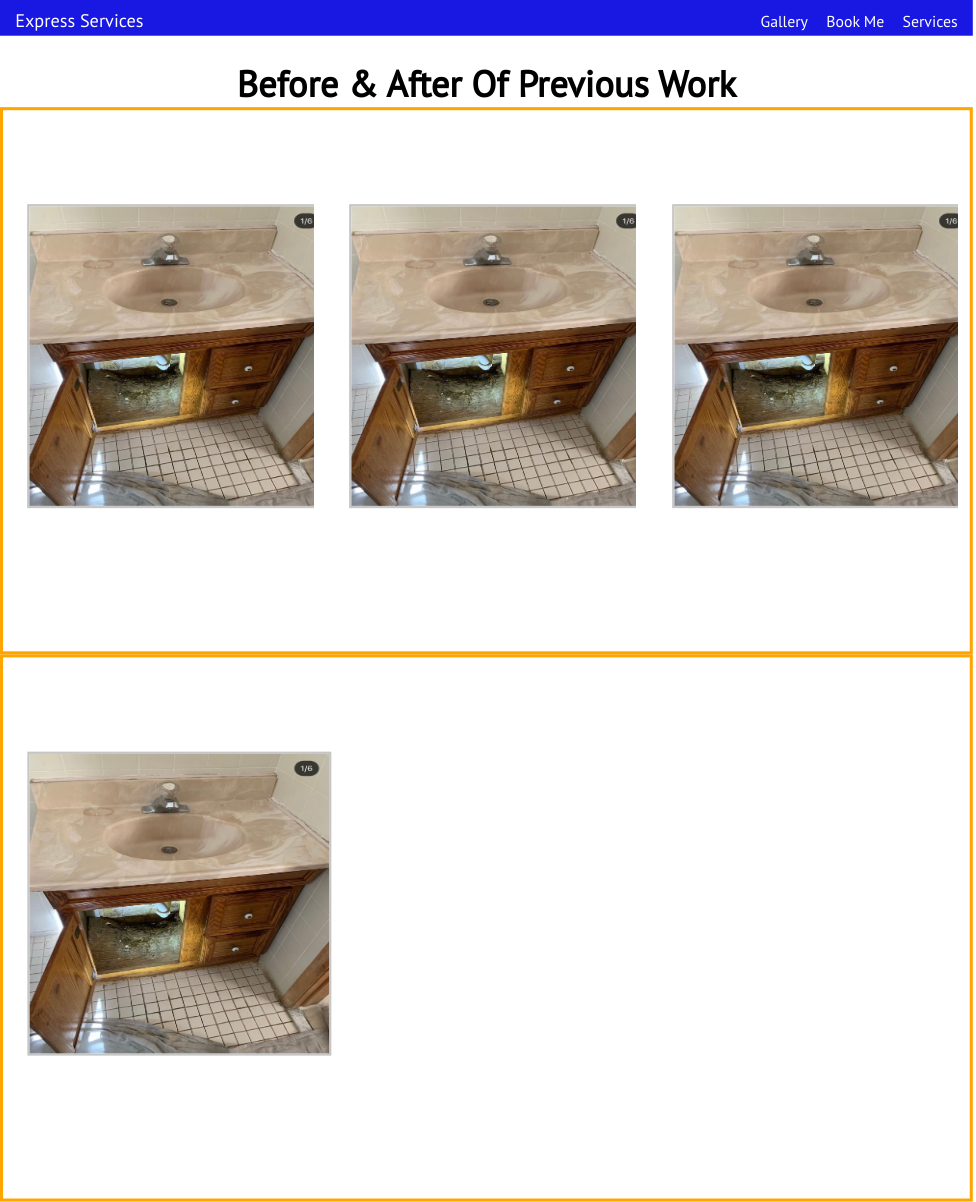
Repository: DrummerDee/mir-miami
Page: /Gallery (app in mr-miami/)
An editor plug-in stored every save of this project. The page is shown before and after the next save, followed by the edit.
The browser window is 1280 px wide. The page is 1284 px wide, then 1280 px, then 1284 px, so the pictures cover 1284 px, including what lies to the right of the window. The pictures show the whole page, at 76% of full size.
The project was rebuilt for these pictures with package versions that can differ from the ones it lists, and the page was loaded fresh each time. Also part of the build but not shown: mr-miami/src/Styles/Services.css, mr-miami/src/Components/Services.js, mr-miami/src/Components/Homepage.js, mr-miami/src/Styles/Calendar.css, mr-miami/src/Styles/Times.css, mr-miami/src/Components/Times.js, mr-miami/src/Components/Time.js, mr-miami/src/Components/BookMe.js.

Above is the page before, as saved 2022-09-09 13:44:03.

After the next save:
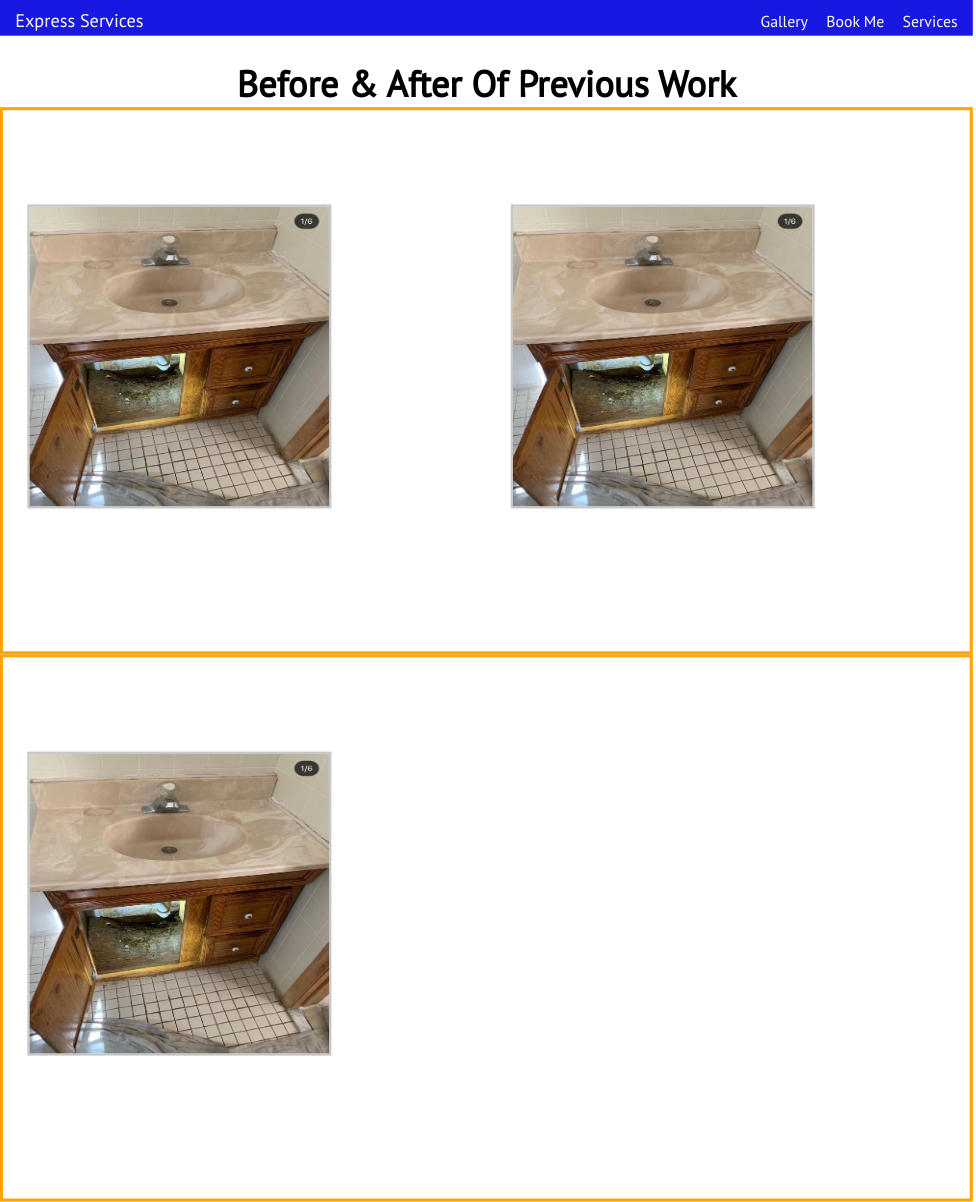
Saved 48 s later.
--- a/mr-miami/src/Components/Gallery.js
+++ b/mr-miami/src/Components/Gallery.js
@@ -35,78 +35,7 @@
                                 className="bottom"
                             />
                         </div>
-                        <div className='frame'>
-                            {/* <LazyLoadImage
-                                src={doorbefore}
-                                width={400}
-                                height={400}
-                                effect='blur'
-                                alt='broken sink'
-                                className="top"
-                            />
-                            <LazyLoadImage
-                                src={doorafter}
-                                width={400}
-                                height={400}
-                                effect='blur'
-                                alt='broken sink'
-                                className="bottom"
-                            /> */}
-                        </div>
-                        <div className='frame'>
-                {/* <LazyLoadImage
-                    src={roofbefore}
-                    width={400}
-                    height={400}
-                    effect='blur'
-                    alt='broken sink'
-                    className="top"
-                />
-                <LazyLoadImage
-                    src={roofafter}
-                    width={400}
-                    height={400}
-                    effect='blur'
-                    alt='broken sink'
-                    className="bottom"
-                /> */}
-            </div>
-            <div className="containers">
-                            <LazyLoadImage
-                                src={sinkbefore}
-                                width={400}
-                                height={400}
-                                effect='blur'
-                                alt='broken sink'
-                                className="top"
-                            />
-                            <LazyLoadImage
-                                src={sinkafter}
-                                width={400}
-                                height={400}
-                                effect='blur'
-                                alt='broken sink'
-                                className="bottom"
-                            />
-                        </div>
-                        {/* <div className='frame'>
-                            <LazyLoadImage
-                                src={doorbefore}
-                                width={400}
-                                height={400}
-                                effect='blur'
-                                alt='broken sink'
-                                className="top"
-                            />
-                            <LazyLoadImage
-                                src={doorafter}
-                                width={400}
-                                height={400}
-                                effect='blur'
-                                alt='broken sink'
-                                className="bottom"
-                            />
-                        </div> */}
+
                         <div className="containers">
                              <LazyLoadImage
                                 src={sinkbefore}

After the 2 saves that followed:
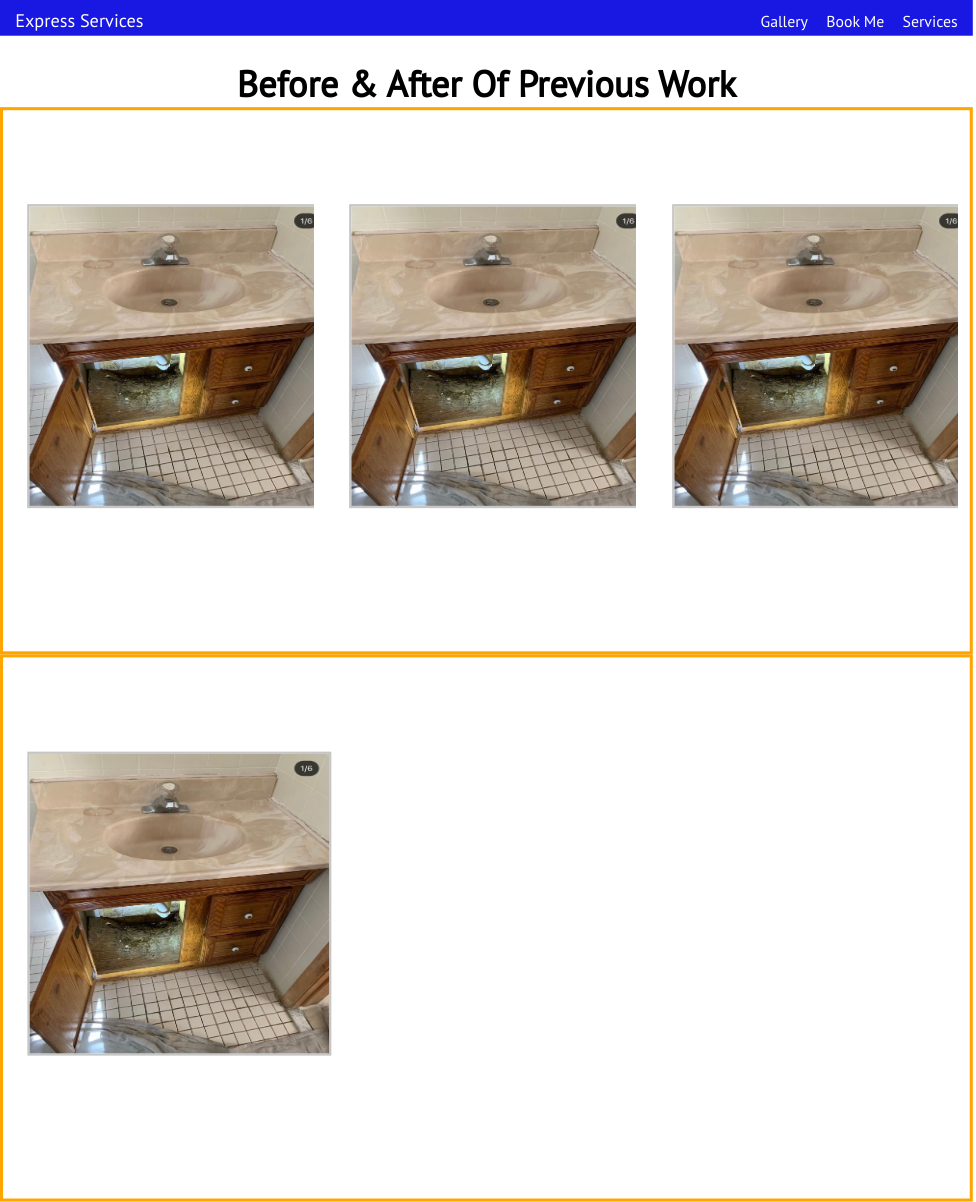
The 2 saves are shown as one change because 1 left the picture as it was.
The last was saved 53 s later.
--- a/mr-miami/src/Components/Gallery.js
+++ b/mr-miami/src/Components/Gallery.js
@@ -35,7 +35,24 @@
                                 className="bottom"
                             />
                         </div>
-
+                        <div className="containers">
+                             <LazyLoadImage
+                                src={sinkbefore}
+                                width={400}
+                                height={400}
+                                effect='blur'
+                                alt='broken sink'
+                                className="top"
+                            />
+                            <LazyLoadImage
+                                src={sinkafter}
+                                width={400}
+                                height={400}
+                                effect='blur'
+                                alt='broken sink'
+                                className="bottom"
+                            />
+                        </div>
                         <div className="containers">
                              <LazyLoadImage
                                 src={sinkbefore}
